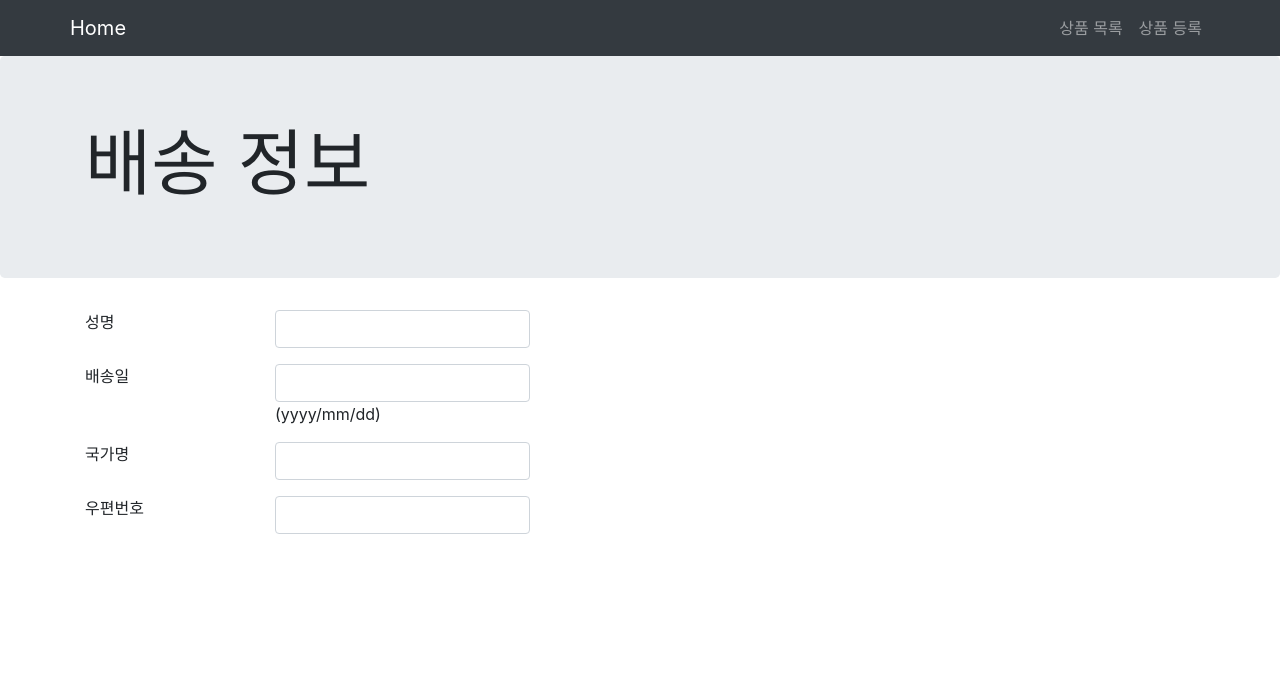
Repository: lhj257/jspwrokspace
Page: http://localhost/WebMarket/shippingInfo.jsp?cartId=CE4FCB3F21064F07B8EBE6F7F8D22B70
The author's editor kept a copy of each file at every save. The page is drawn from the files as they stood at one save, then again after the next save.
The browser window is 1280 px wide. The pictures show the whole page.
The page is served by Tomcat 9.

Above is the page before, as saved 2023-08-31 01:47:39.

After the next save:
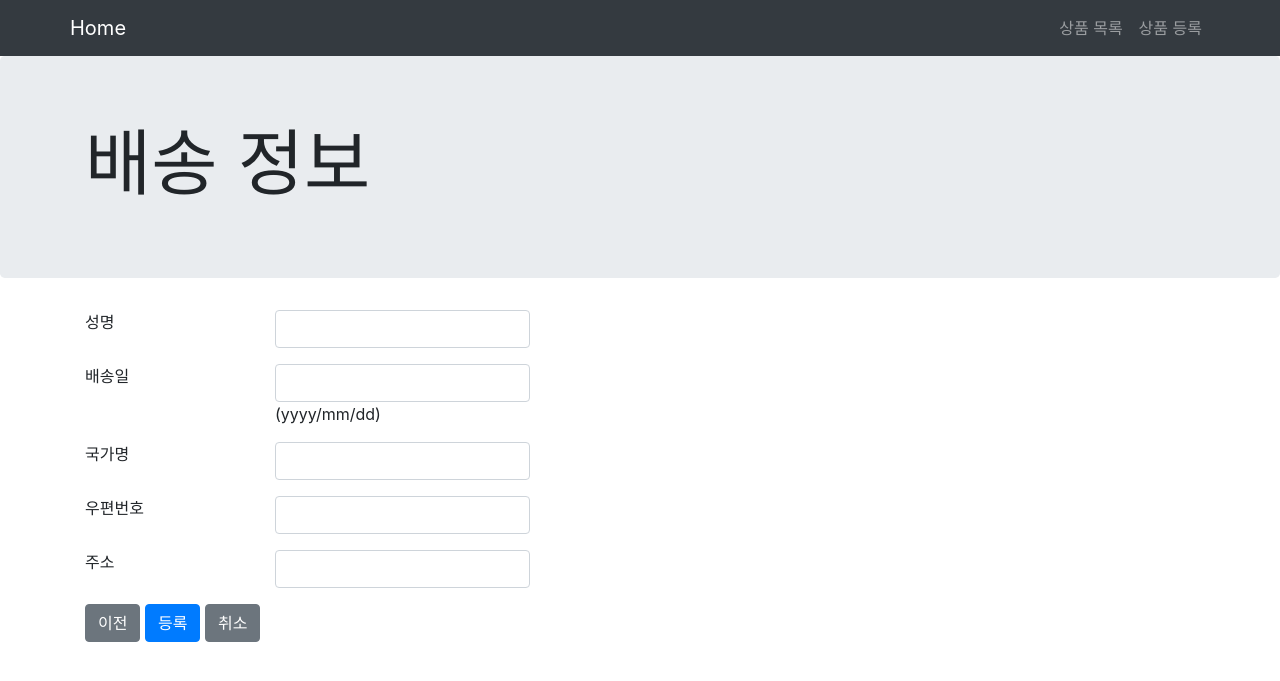
Saved 3 min 36 s later.
--- a/WebMarket/src/main/webapp/shippingInfo.jsp
+++ b/WebMarket/src/main/webapp/shippingInfo.jsp
@@ -44,6 +44,19 @@
 					<input name="zipCode" type="text" class="form-control"/>
 				</div>
 			</div>
+			<div class="form-group row">
+				<label class="col-sm-2">주소</label>
+				<div class="col-sm-3">
+					<input name="addressName" type="text" class="form-control"/>
+				</div>
+			</div>
+			<div class="form-group row">
+				<div class="col-sm-offset-2 col-sm-10">
+					<a href="./cart.jsp?cartId=<%=request.getParameter("cartId") %>" class="btn btn-secondary" role="button">이전</a>
+					<input type="submit" class="btn btn-primary" value="등록"/>
+					<a href="./checkOutCancelled.jsp" class="btn btn-secondary" role="button">취소</a>
+				</div>
+			</div>
 		</form>
 	</div>
 </body>
